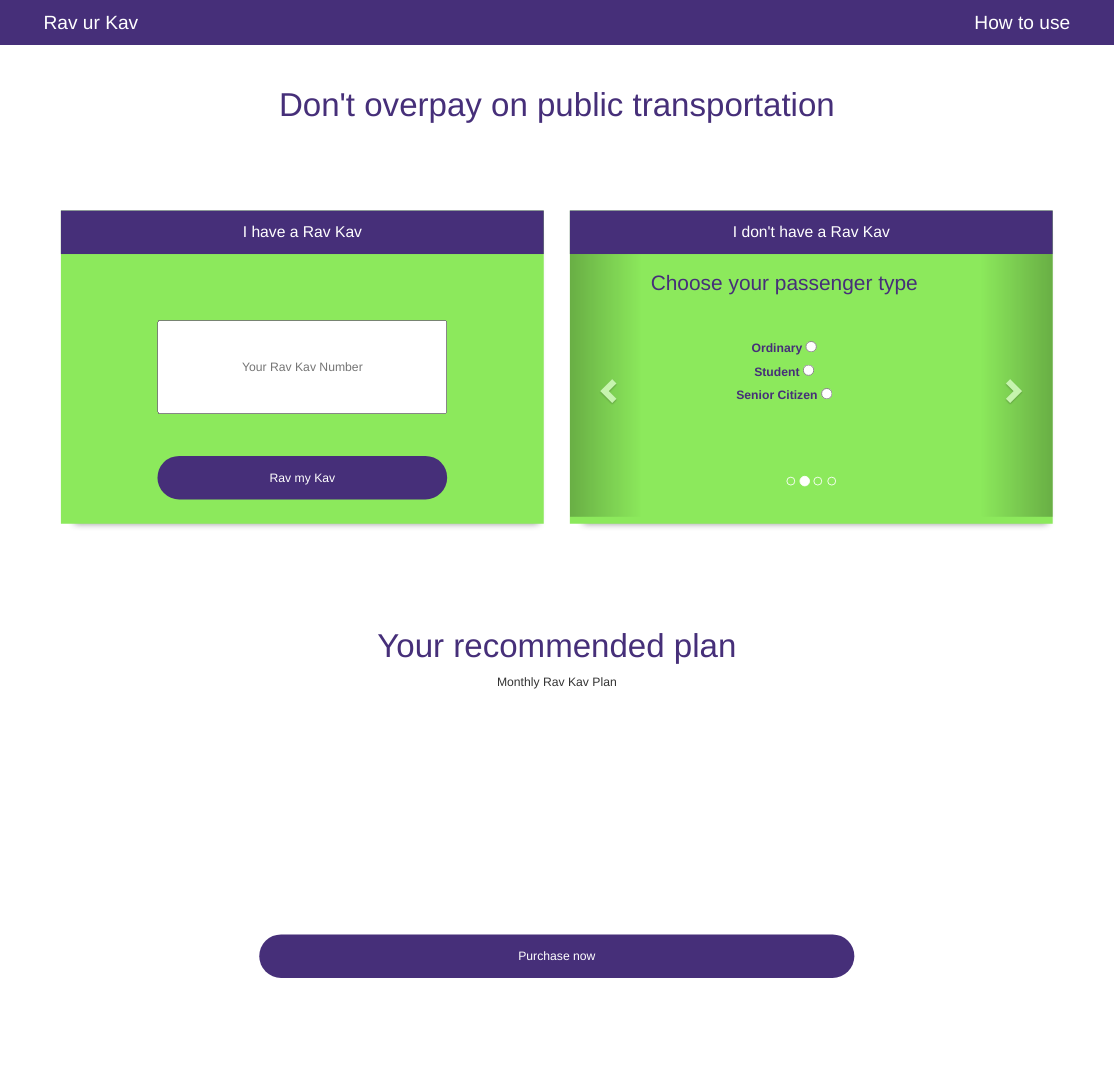
Repository: Louhla/Rav-ur-Kav
Page: index.html
The author's editor kept a copy of each file at every save. The page is drawn from the files as they stood at one save, then again after a run of saves.
The browser window is 1280 px wide. The pictures show the whole page, at 87% of full size.

Above is the page before, as saved 2019-07-18 13:12:16.
Console error: SyntaxError: Unexpected token ')'

After the next 6 saves:
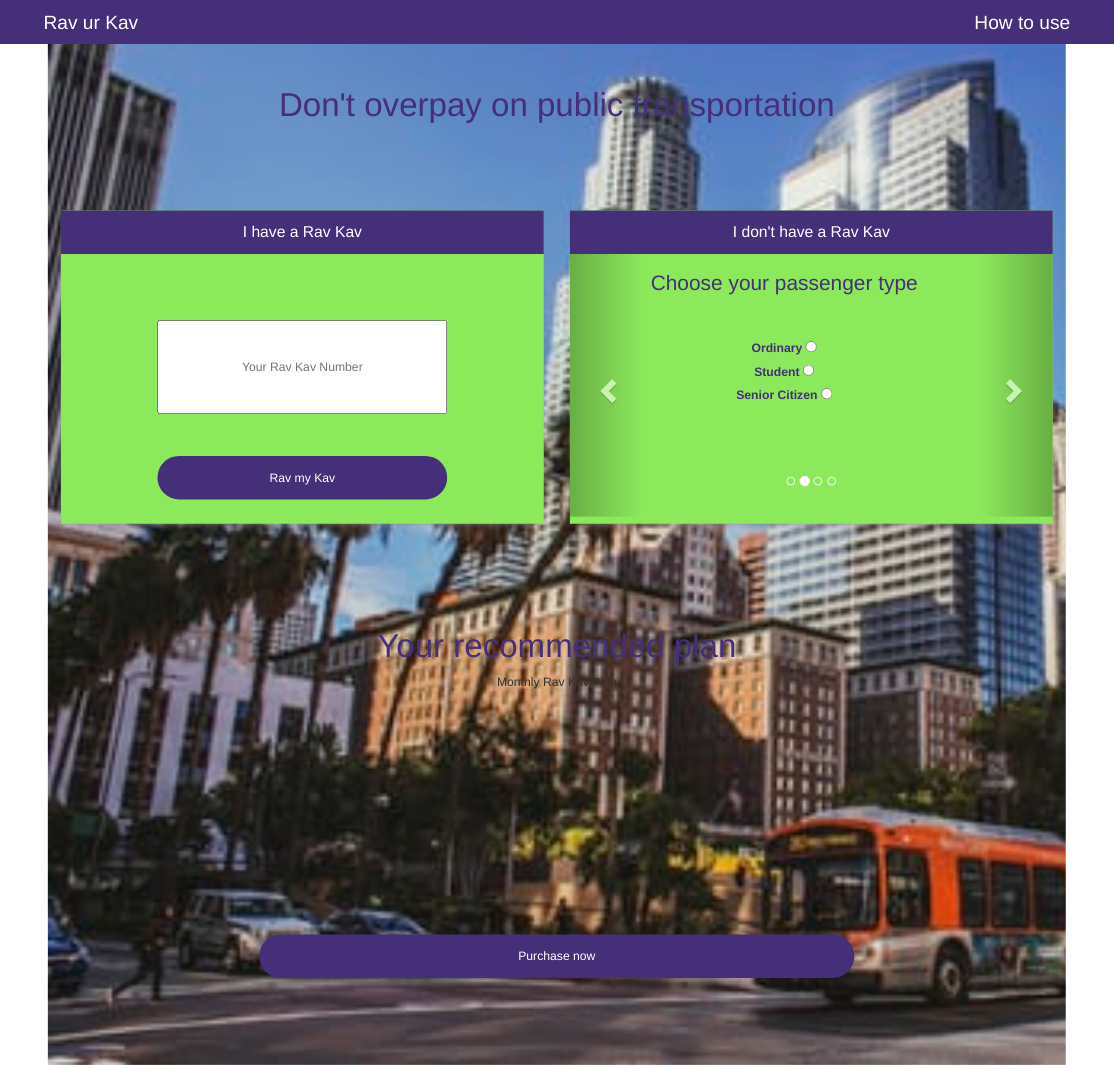
The 6 saves are shown as one change because they came seconds apart.
The last was saved 51 s later.
--- a/css/rav-ur-kav.css
+++ b/css/rav-ur-kav.css
@@ -3,6 +3,10 @@ body {
     padding: 0px;
 
     /* background-image: url(../IMG/bus.jpg); */
+}
+.container{
+    background-image: url(../img/tropical-city-bus.jpg);
+    background-size: cover;
 }
 /* Modal START */
 #modal-wrapper {
